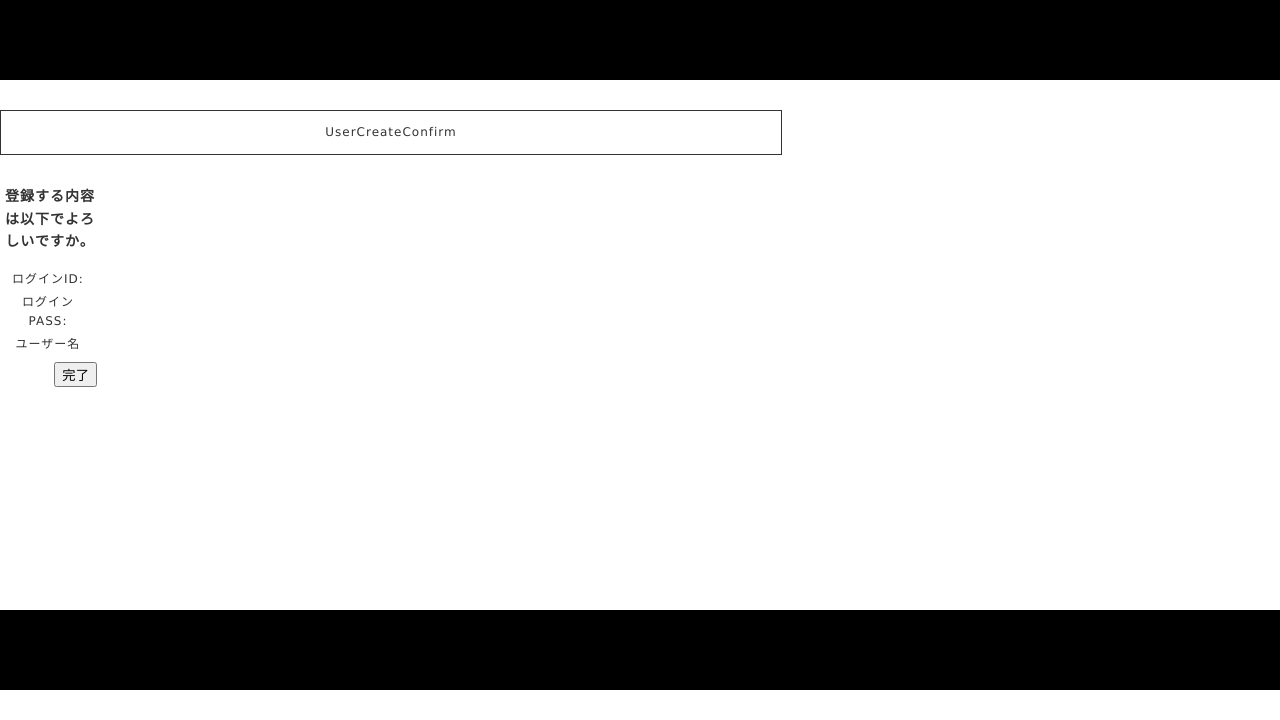
Repository: moe-irizuki/ecsite
Page: http://localhost/template/userCreateConfirm.jsp
An editor plug-in stored every save of this project. The page is shown before and after the next save, followed by the edit.
The browser window is 1280 px wide. The pictures show the whole page.
The page is served by Tomcat 9. Other server files are loaded and not shown.

Above is the page before, as saved 2018-05-01 01:29:35.

### template/WebContent/userCreateConfirm.jsp
<%@ page language="java" contentType="text/html; charset=UTF-8"
    pageEncoding="UTF-8"%>
<%@ taglib prefix="s" uri="/struts-tags" %>
<!DOCTYPE html>
<html>
<head>
	<meta http-equiv="Content-Type" content="text/html; charset=UTF-8" />
	<meta http-equiv="Content-Style-Type" content="text/css" />
	<meta http-equiv="Content-Script-Type" content="text/javascript" />
	<meta name="description" content="" />
	<meta name="keywords" content="" />
	<title>UserCreateConfirm画面</title>

	<style type = "text/css">
	/* ========TAG LAYOUT======== */
		body{
			margin:0;
			padding:0;
			line-height:1.6;
			letter-spacing:1px;
			font-family:Verdana,Helvetica,sans-serif;
			font-size:12px;
			color:#333;
			background:#fff;
		}

		table{
			text-align:center;
			margin:0 auto;
		}
	/* ========ID LAYOUT======== */
		#top{
			width:780px;
			margin:30px auto;
			border:1px solid #333;
		}

		#header{
			width: 100%;
			height: 80px;
			background-color: black;
		}

		#main{
			width: 100px;
			height: 500px;
			text-align: center;
		}

		#footer{
			width: 100%;
			height: 80px;
			background-color: black;
			clear:both;
		}
	</style>
</head>
<body>
	<div id="header">
		<div id="pr">
		</div>
	</div>
	<div id="main">
		<div id="top">
			<p>UserCreateConfirm</p>
		</div>
		<div>
			<h3>登録する内容は以下でよろしいですか。</h3>
			<table>
				<s:form action="UserCreateCompleteAction">
				<tr id="box">
					<td>
						<label>ログインID:</label>
					</td>
					<td>
						<s:property value="loginUserId" escape="false" />
					</td>
				</tr>
				<tr id=box>
					<td>
						<label>ログインPASS:</label>
					</td>
					<td>
						<s:property value="loginPassword" escape="false" />
					</td>
				</tr>
				<tr id="box">
					<td>
						<label>ユーザー名</label>
					</td>
					<td>
						<s:property value="userName" escape="false" />
					</td>
				</tr>
				<tr>
					<td>
						<s:submit value="完了"/>
					</td>
				</tr>
				</s:form>
			</table>
		</div>
	</div>
<div id="footer">
	<div id="pr">
	</div>
</div>
</body>
</html>

After the next save:
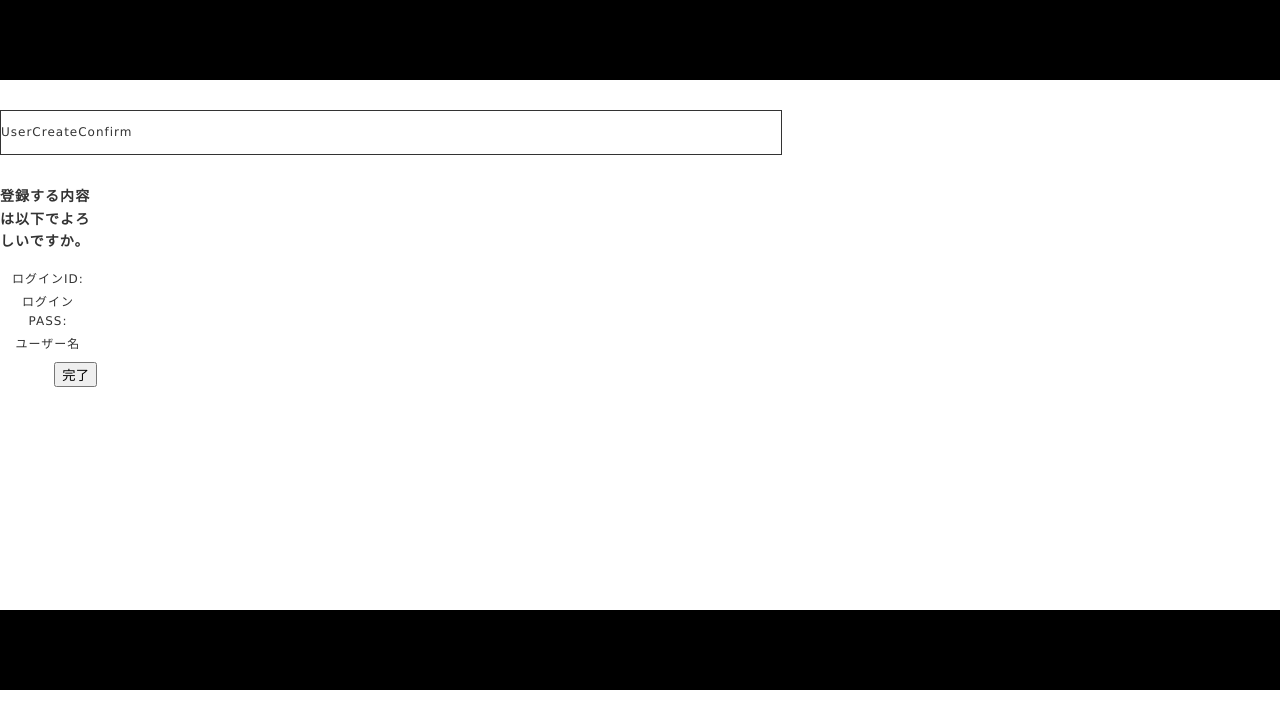
Saved 4 min 6 s later.
--- a/template/WebContent/userCreateConfirm.jsp
+++ b/template/WebContent/userCreateConfirm.jsp
@@ -44,7 +44,7 @@
 		#main{
 			width: 100px;
 			height: 500px;
-			text-align: center;
+
 		}
 
 		#footer{

After the save that followed:
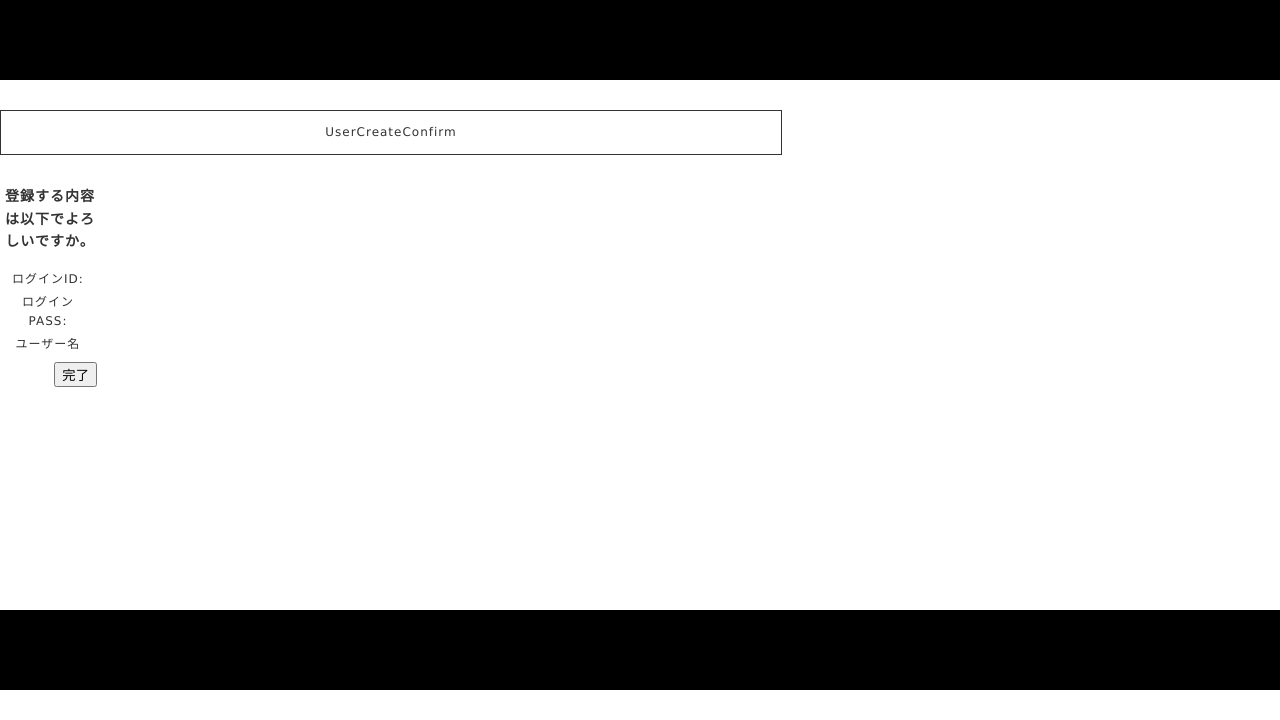
Saved 45 s later.
--- a/template/WebContent/userCreateConfirm.jsp
+++ b/template/WebContent/userCreateConfirm.jsp
@@ -44,7 +44,7 @@
 		#main{
 			width: 100px;
 			height: 500px;
-
+			text-align: center;
 		}
 
 		#footer{
